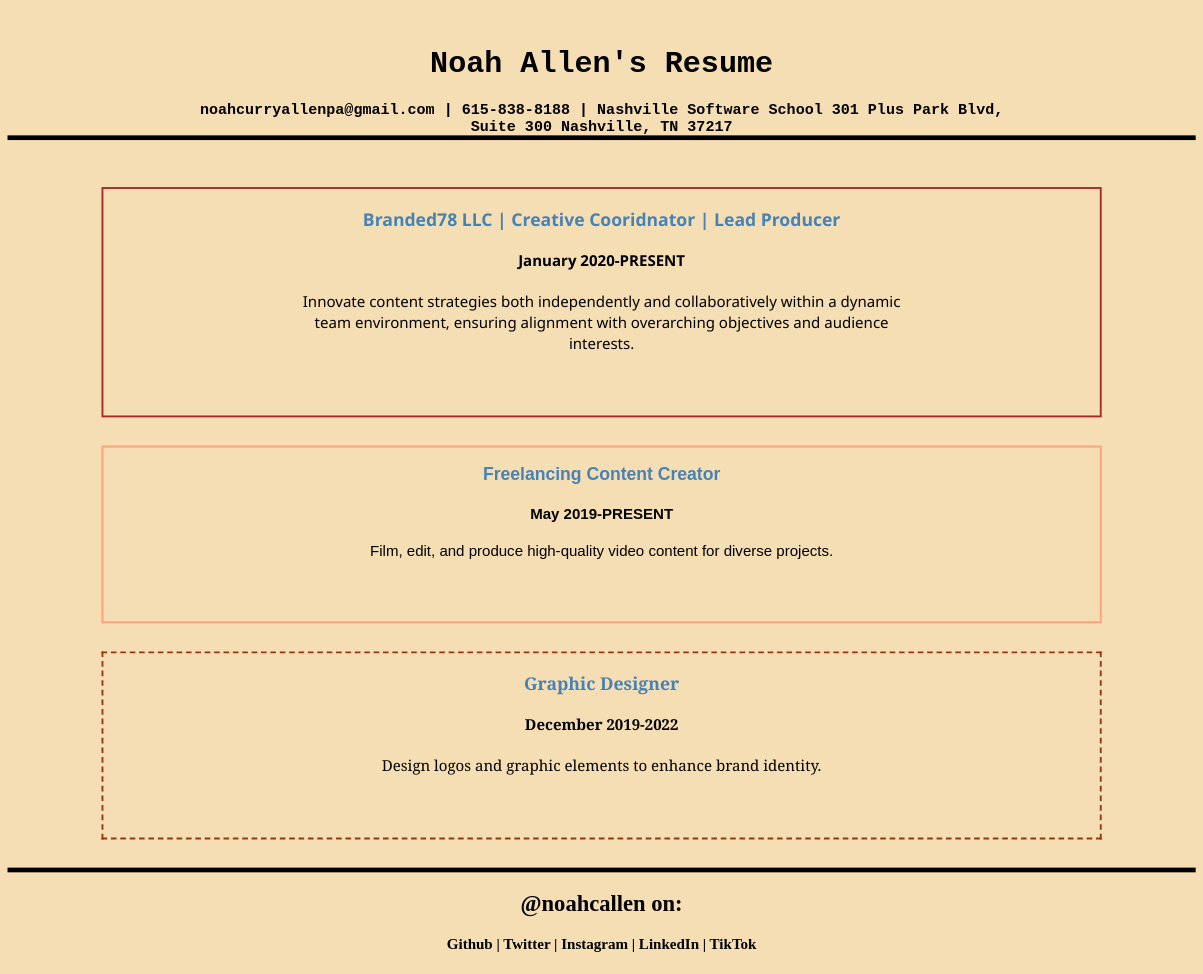
Repository: noahcallen/LAB-HTML-Resume
Page: index.html
An editor plug-in stored every save of this project. The page is shown before and after the next save, followed by the edit.
The browser window is 1280 px wide. The pictures show the whole page, at 94% of full size.

Above is the page before, as saved 2024-07-08 22:12:09.

### index.html
<!DOCTYPE html>
<html lang="en">
<head>
  <meta charset="UTF-8">
  <meta name="viewport" content="width=device-width, initial-scale=1.0">
  <title>Document</title>
  <link rel="stylesheet" href="main.css">
</head>
<body>

  <div class="HEADER">
  <!--HEADER-->
  <h1>Noah Allen's Resume</h1>
  <h4 id="addy"> noahcurryallenpa@gmail.com | 615-838-8188 | Nashville Software School
    301 Plus Park Blvd, Suite 300
    Nashville, TN 37217</h4>
<!--END HEADER-->
  </div>

  <article id="Job1">
    <h3>Branded78 LLC | Creative Cooridnator | Lead Producer</h3>
    <h4>January 2020-PRESENT</h4>
    <section>
      <p>Innovate content strategies both independently and collaboratively within a dynamic team environment, ensuring alignment with overarching objectives and audience interests.</p>
    </section>
  </article>

  <article id="Job2">
    <h3>Freelancing Content Creator</h3>
    <h4>May 2019-PRESENT</h4>
    <section>
      <p>Film, edit, and produce high-quality video content for diverse projects.</p>
    </section>
  </article>

  <article id="Job3">
    <h3>Graphic Designer</h3>
    <h4>December 2019-2022</h4>
    <section>
      <p>Design logos and graphic elements to enhance brand identity.</p>
    </section>
  </article>

  <div class="FOOTER">
    <!-- FOOTER-->
     <h2>@noahcallen on:</h2>
     <h4>Github | Twitter | Instagram | LinkedIn | TikTok</h4>
    <!-- FOOTER-->
  </div>



  <script src="main.js"></script>
</body>
</html>

### main.css
body {
  background-color: wheat;
  text-align: center;
}

#addy {
  margin: 0px 200px 0px 200px;
}

h3 {
  color: steelblue;
}

.HEADER {
  margin: 50px 0px 50px 0px;
  border-bottom: solid 5px black;
  font-family: 'Courier New', Courier, monospace;
}

#Job1 {
  padding: 0px 200px 50px 200px;
  border: solid 2px brown;
  margin: 30px 100px 30px 100px;
  font-family: 'Segoe UI', Tahoma, Geneva, Verdana, sans-serif;
}

#Job2 {
  padding: 0px 200px 50px 200px;
  border: double 2px lightsalmon;
  margin: 30px 100px 30px 100px;
  font-family: Arial, Helvetica, sans-serif;
}

#Job3 {
  padding: 0px 200px 50px 200px;
  border: dashed 2px rgb(152, 54, 16);
  margin: 30px 100px 30px 100px;
  font-family: Georgia, 'Times New Roman', Times, serif;
}

.FOOTER {
  border-top: solid 5px black;

}

Loaded but not shown: main.js (no stored copy; drawn as an empty file)

After the next save:
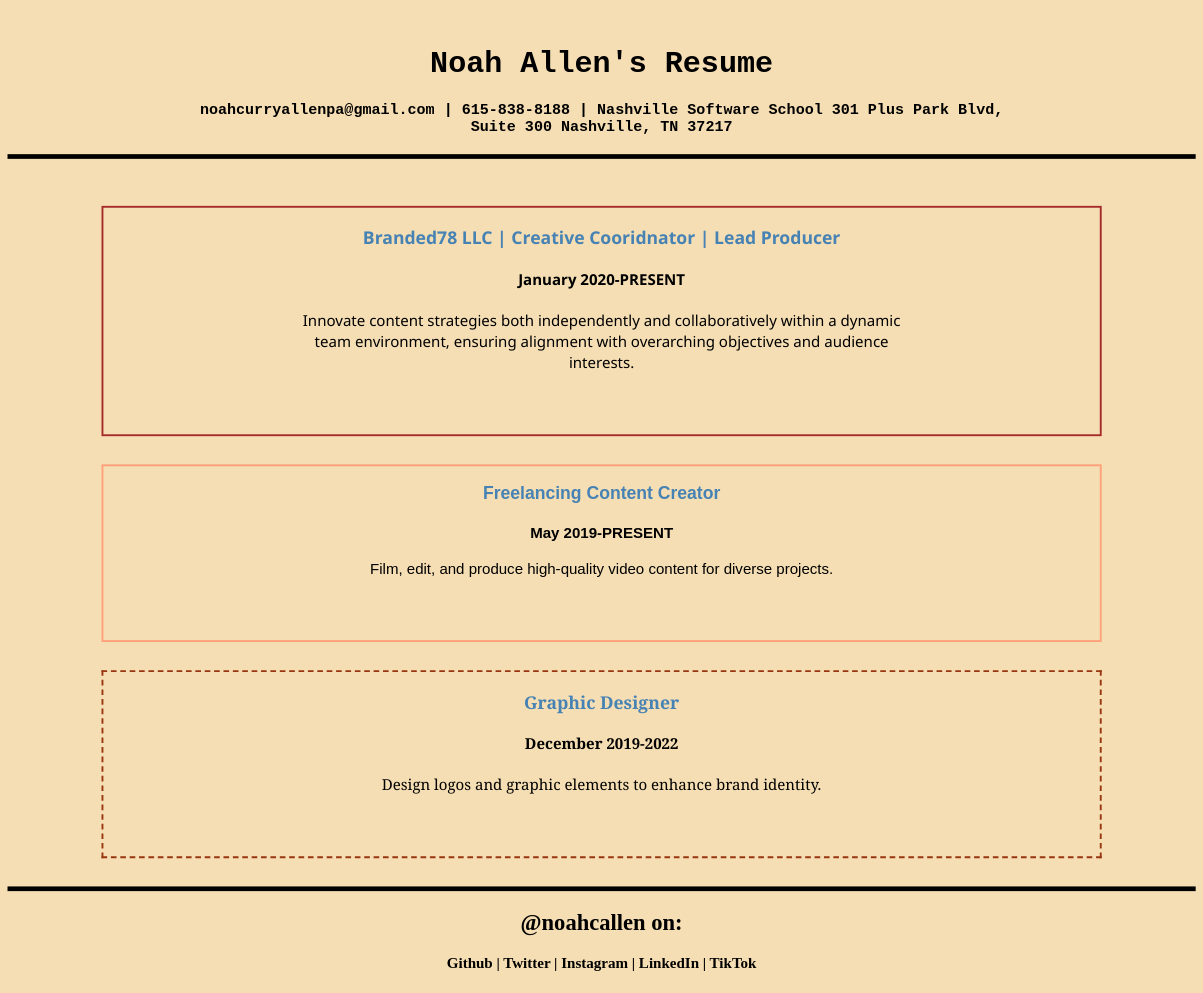
Saved 20 s later.
--- a/main.css
+++ b/main.css
@@ -4,7 +4,7 @@ body {
 }
 
 #addy {
-  margin: 0px 200px 0px 200px;
+  margin: 0px 200px 20px 200px;
 }
 
 h3 {
